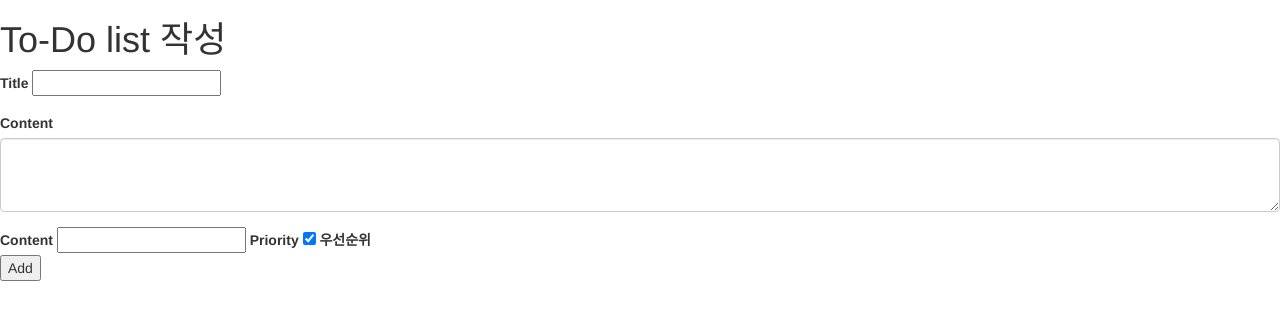
Repository: qudgns200/Toy_01_ToDoList
Page: http://localhost/ToDoList/jsp/writeForm.jsp
The author's editor kept a copy of each file at every save. The page is drawn from the files as they stood at one save, then again after the next save.
The browser window is 1280 px wide. The pictures show the whole page.
The page is served by Tomcat 9. Nobody is signed in. The application's start-up code is not run.

Above is the page before, as saved 2019-11-07 04:42:19.
Console error (its wording comes from the project's code and is left out).

After the next save:
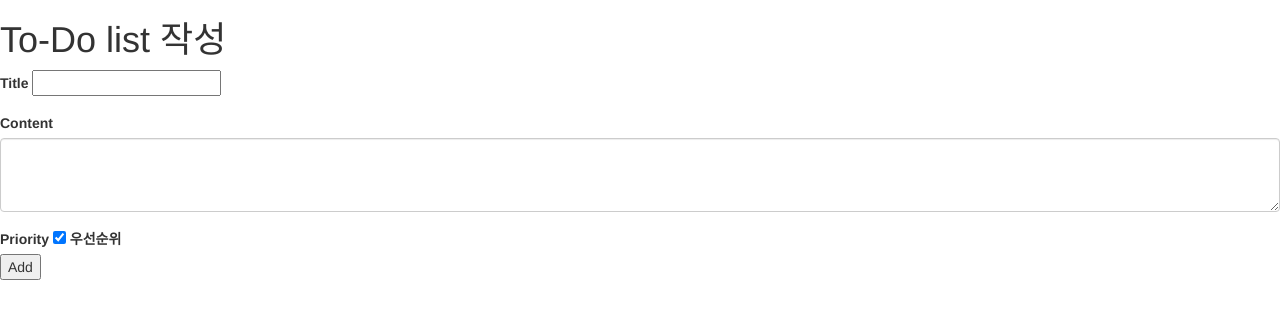
Saved 6 s later.
--- a/ToDoList/WebContent/jsp/writeForm.jsp
+++ b/ToDoList/WebContent/jsp/writeForm.jsp
@@ -25,8 +25,6 @@
 			<textarea class="form-control" rows="3"></textarea>
 		</div>
 
-		<label>Content</label> <input type="text" name="content" id="content" />
-
 		<label>Priority</label> <input type="checkbox" name="priority"
 			id="priority" checked /> <label for="priority" id="laberP">우선순위</label>
 		<br>
